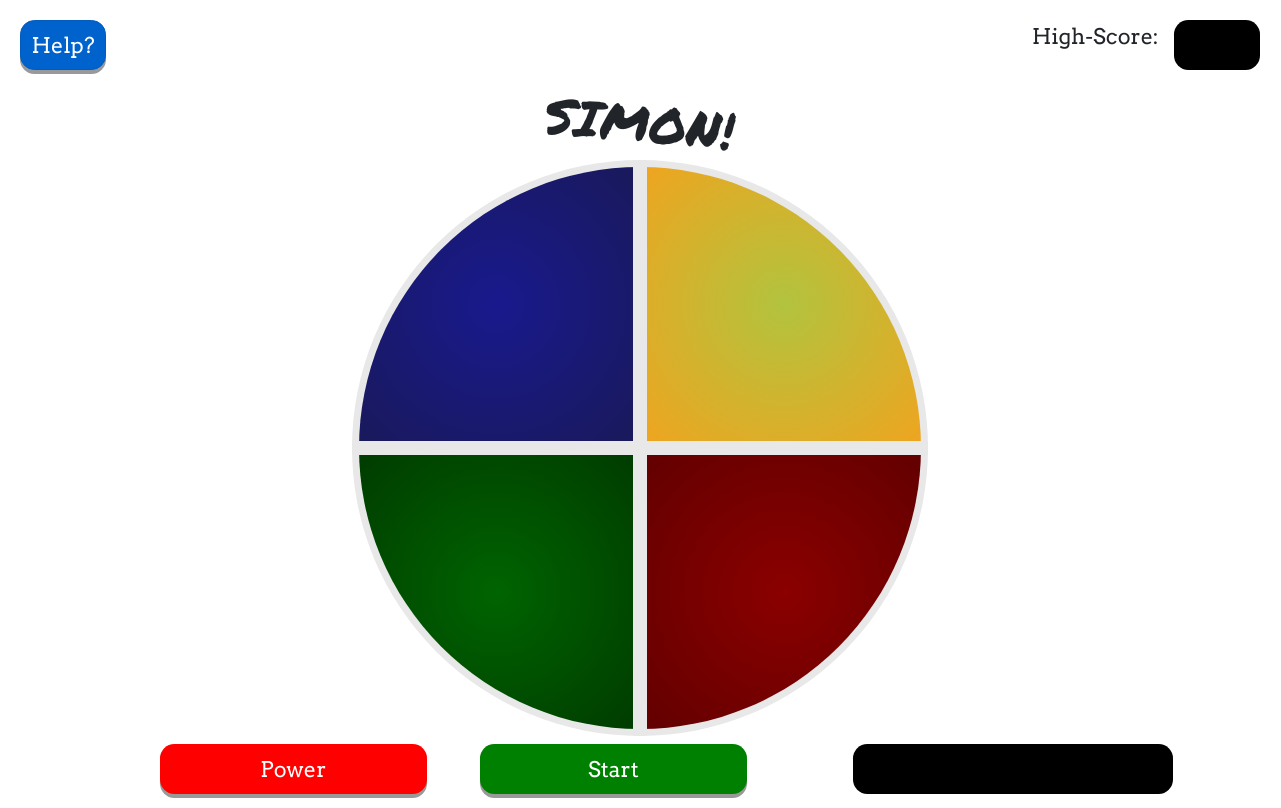
Repository: bandyp/simon
Page: index.html
The author's editor kept a record of every edit. The page is drawn from the files as they stood at one moment, then again after the next edit.
The browser window is 1280 px wide. The page is 1281 px wide, so the pictures cover 1281 px, including what lies to the right of the window. The pictures show the whole page.

Above is the page before.

### index.html
<!DOCTYPE html>
<html lang="en">

<head>
    <meta charset="UTF-8">
    <meta name="viewport" content="width=device-width, initial-scale=1, shrink-to-fit=no">
    <meta http-equiv="X-UA-Compatible" content="ie=edge">
    <link rel="stylesheet" href="https://stackpath.bootstrapcdn.com/bootstrap/4.3.1/css/bootstrap.min.css" integrity="sha384-ggOyR0iXCbMQv3Xipma34MD+dH/1fQ784/j6cY/iJTQUOhcWr7x9JvoRxT2MZw1T" crossorigin="anonymous">
    <title>Simon</title>
    <link rel="stylesheet" href="assets/css/style.css" type="text/css" />
    <link href="https://fonts.googleapis.com/css?family=Permanent+Marker&display=swap" rel="stylesheet">
    <link href='https://fonts.googleapis.com/css?family=Orbitron' rel='stylesheet' type='text/css'>
    <link href="https://fonts.googleapis.com/css?family=Arvo|Source+Sans+Pro&display=swap" rel="stylesheet">

    <audio id="soundGreen">
  	<source src="assets/sounds/simonSound1.mp3"></source>
  </audio>
    <audio id="soundBlue">
  	<source src="assets/sounds/simonSound2.mp3"></source>
  </audio>
    <audio id="soundYellow">
  	<source src="assets/sounds/simonSound3.mp3"></source>
  </audio>
    <audio id="soundRed">
  	<source src="assets/sounds/simonSound4.mp3"></source>
  </audio>
</head>

<body>
    <div class="container-fluid">
        <div class="row">
            <button type="button" class="btn btn-primary btn-lg active" id="helpButton">Help?</button>
            <div class="col float-right" id="highScore">
                High-Score:
            </div>
            <div id="highScoreBox"></div>

            <div class="alert alert-info alert-dismissible fade show" id="helpBox" role="alert">
                <h5>Follow Simon on his quest to count!</h5>
                <p>His buttons will light up as he counts from 1 to 20. Help him on his way by repeating his pattern. It starts off easy, but gets very difficult towards the end.</p>
                <hr>
                <p>Will you get the high score? Press start to find out.</p>
                <button type="button" class="close" data-dismiss="alert" aria-label="Close"><span aria-hidden="true">&times;</span></button>
            </div>
        </div>

        <div class="row">
            <div class="col mt-auto text-center" id="title">
                SIMON!
            </div>
        </div>

        <div class="row row-no-gutter">
            <div class="col-4 offset-2 colorButton blueButton ml-auto" id="blue"></div>
            <div class="col-4 colorButton yellowButton mr-auto" id="yellow"></div>
        </div>
        <div class="row row-no-gutter">
            <div class="col-4 offset-2 colorButton greenButton ml-auto" id="green"></div>
            <div class="col-4 colorButton redButton mr-auto" id="red"></div>
        </div>

        <div class="row mb-1rem">
            <div class="col-6 offset-1 mt-auto" id="buttons">
                <div class="row">
                    <button class="col-5 offset-1 power" id="power">Power</button>
                    <button class="col-5 offset-1" id="start">Start</button>
                </div>
            </div>
            <div class="col-3 mt-auto offset-1" id="count"></div>
        </div>

    </div>
    <script src="https://code.jquery.com/jquery-3.3.1.slim.min.js" integrity="sha384-q8i/X+965DzO0rT7abK41JStQIAqVgRVzpbzo5smXKp4YfRvH+8abtTE1Pi6jizo" crossorigin="anonymous"></script>
    <script src="https://cdnjs.cloudflare.com/ajax/libs/popper.js/1.14.3/umd/popper.min.js" integrity="sha384-ZMP7rVo3mIykV+2+9J3UJ46jBk0WLaUAdn689aCwoqbBJiSnjAK/l8WvCWPIPm49" crossorigin="anonymous"></script>
    <script src="https://stackpath.bootstrapcdn.com/bootstrap/4.1.3/js/bootstrap.min.js" integrity="sha384-ChfqqxuZUCnJSK3+MXmPNIyE6ZbWh2IMqE241rYiqJxyMiZ6OW/JmZQ5stwEULTy" crossorigin="anonymous"></script>
    <script src="assets/js/script.js"></script>
</body>

</html>

### assets/css/style.css
/* top of page */

#helpButton {
    margin-top: 20px;
    margin-left: 20px;
    height: 7vh;
    width: 12vh;
    padding: 0;
    border-radius: 2vh;
    font-family: 'Arvo', serif;
    font-size: 3vh;
    cursor: pointer;
}

#highScore {
    text-align: right;
    margin-top: 20px;
    font-size: 3vh;
    font-family: 'Arvo', serif;
}


#highScoreBox {
    float: right;
    background: black;
    margin-top: 20px;
    margin-right: 20px;
    height: 7vh;
    width: 12vh;
    color: red;
    font-family: 'Orbitron', sans-serif;
    font-size: 4vh;
    text-align: center;
    vertical-align: middle;
    line-height: 7vh;
    border-radius: 2vh;
}

#title {
    font-size: 7vh;
    margin-top: 3vh;
    font-family: 'Permanent Marker', cursive;
    transform: rotate(5deg);
}

/* game colored buttons */

#blue {
    position: relative;
    margin-top: auto;
    height: 40vmin;
    max-width: 40vmin;
    border-radius: 100% 0% 0% 0%;
    border: solid 1vh rgb(232, 232, 232);
    background-image: radial-gradient(circle, rgba(25, 25, 142, 1), rgba(25, 25, 92, 1));
}

#yellow {
    position: relative;
    margin-top: auto;
    height: 40vmin;
    max-width: 40vmin;
    border-radius: 0% 100% 0% 0%;
    border: solid 1vh rgb(232, 232, 232);
    background-image: radial-gradient(circle, rgba(178, 195, 62, 1), rgba(238, 165, 32, 1));
}

#red {
    position: relative;
    margin-bottom: 1vh;
    height: 40vmin;
    max-width: 40vmin;
    border-radius: 0% 0% 100% 0%;
    /*  margin: -40vh 0px 40vh 40vh; */
    border: solid 1vh rgb(232, 232, 232);
    background-image: radial-gradient(circle, rgba(139, 0, 0, 1), rgba(99, 0, 0, 1));
}

#green {
    position: relative;
    margin-bottom: 1vh;
    height: 40vmin;
    max-width: 40vmin;
    border-radius: 0% 0% 0% 100%;
    border: solid 1vh rgb(232, 232, 232);
    background-image: radial-gradient(circle, rgba(0, 100, 0, 1), rgba(0, 60, 0, 1));
}

.colorButton {
    cursor: pointer;
}

.bright {
    filter: brightness(150%);
}

/* bottom of page buttons */

#buttons {
    position: relative;
    z-index: 2;
    display: inline;
    font-size: 3vh;
    font-family: 'Arvo', serif;
}


button {
    display: inline-block;
    cursor: pointer;
    text-align: center;
    text-decoration: none;
    outline: none;
    color: #fff;
    background-color: #4CAF50;
    border: none;
    border-radius: 15px;
    box-shadow: 0 4px #999;
    margin-bottom: 2vh;
}

button:hover {
    background-color: #3e8e41
}

button:active {
    background-color: #3e8e41;
    box-shadow: 0 1px #666;
    transform: translateY(4px);
}

#count {
    background: black;
    display: inline-block;
    height: 7vh;
    width: 14vh;
    color: red;
    font-family: 'Orbitron', sans-serif;
    font-size: 3vh;
    text-align: center;
    vertical-align: middle;
    line-height: 7vh;
    border-radius: 2vh;
    margin-bottom: 2vh;
}

#power {
    color: white;
    background-color: red;
    border-radius: 2vh;
    width: 10vh;
    height: 7vh;
    padding: 0;
}

#start {
    color: white;
    background-color: green;
    border-radius: 2vh;
    width: 10vh;
    height: 7vh;
    padding: 0;
}

### assets/js/script.js
$(document).ready(function() {

    let sequence = [];
    let userSequence = [];
    let success;
    let turn;
    let cpuTurn;
    let playerTurn;
    let bright;
    let playSequence;
    let win;
    let highScore = 0;

    function checkHighScore() {
        if (highScore < bright) {
            highScore = bright;
            $("#highScoreBox").html(highScore - 1);
        }
    }

    // Help Alert box

    $("#helpBox").hide();
    $("#helpButton").mouseover(function() {
        $("#helpBox").show();
        $("#helpButton").mouseleave(function() {
            $("#helpBox").hide();
        });
    });

    // power on/off

    document.getElementById("power").onclick = function() { powerButton() };

    function powerButton() {
        var x = document.getElementById("power").classList.contains("change");
        if (x == false) {
            $('#power').addClass("change");
            powerOn();
        }
        else {
            $('#power').removeClass("change");
            powerOff();
        }
    }

    function powerOn() {
        playerTurn = true;
        cpuTurn = true;
        success = false;
        playerTurn = false;
        /*       sequence = [];
               userSequence = [];*/
        $("#count").html('--');
        document.getElementById("start").disabled = false;
    }

    $("#start").on("click", function() {
        $("#count").html('1');
        if (playerTurn || cpuTurn || success) {
            play();
        }
    });


    function powerOff() {
        playerTurn = false;
        cpuTurn = false;
        sequence = [];
        userSequence = [];
        $('.colorButton').removeClass('bright'),
            $("#count").html('');
        clearInterval(playSequence);
        document.getElementById("start").disabled = true;
    }

    // start play function by creating sequence of 20 from start button (from memory game, code insitute, wwschools)

    function play() {
        playSequence = 0;
        sequence = [];
        userSequence = [];
        bright = 0;
        turn = 1;
        success = true;
        win = false;
        $("#count").html('1');
        for (var i = 0; i < 20; i++) {
            sequence.push(Math.floor(Math.random() * 4) + 1);
        }

        cpuTurn = true;
        playSequence = setInterval(makeBright, 1000);
    }

    // function which allows cpu to select color and sound

    function makeBright() {
        playerTurn = false;
        if (bright == turn) {
            clearInterval(playSequence);
            cpuTurn = false;
            playerTurn = true;
        }

        if (cpuTurn) {
            document.getElementById("start").disabled = true;
            $('.colorButton').removeClass('bright');
            setTimeout(function() {
                if (sequence[bright] == 1) {
                    $('#soundGreen')[0].play();
                    $('#green').addClass('bright'),
                        setTimeout(function() {
                            $('#green').removeClass('bright');
                        }, 1500);
                }
                if (sequence[bright] == 2) {
                    $('#soundBlue')[0].play();
                    $('#blue').addClass('bright'),
                        setTimeout(function() {
                            $('#blue').removeClass('bright');
                        }, 1500);
                }
                if (sequence[bright] == 3) {
                    $('#soundYellow')[0].play();
                    $('#yellow').addClass('bright'),
                        setTimeout(function() {
                            $('#yellow').removeClass('bright');
                        }, 1500);
                }
                if (sequence[bright] == 4) {
                    $('#soundRed')[0].play();
                    $('#red').addClass('bright'),
                        setTimeout(function() {
                            $('#red').removeClass('bright');
                        }, 1500);
                }
                bright++;
            }, 200);
        }
    }

    // user clicking lights (from code insitute module)

    $("#green").on("mousedown touchstart", function(e) {
        e.preventDefault();
        if (playerTurn) {
            $(this).addClass('bright'); // changes to light green
            $('#soundGreen')[0].play();
            userSequence.push(1);
            $("#green").on("mouseup touchend", function(e) {
                e.preventDefault();
                $(this).removeClass('bright'); //changes back
                compareArrays();

            });
        }
    });

    $("#blue").on("mousedown touchstart", function(e) {
        e.preventDefault();
        if (playerTurn) {
            userSequence.push(2);
            $('#soundBlue')[0].play();
            $(this).addClass('bright'); // changes to light blue
            $("#blue").on("mouseup touchend", function(e) {
                e.preventDefault();
                $(this).removeClass('bright'); //changes
                compareArrays();
            });
        }
    });

    $("#yellow").on("mousedown touchstart", function(e) {
        e.preventDefault();
        if (playerTurn) {
            userSequence.push(3);
            $('#soundYellow')[0].play();

            $(this).addClass('bright'); // changes to light yellow
            $("#yellow").on("mouseup touchend", function(e) {
                e.preventDefault();
                $(this).removeClass('bright'); //changes back
                compareArrays();
            });
        }
    });

    $("#red").on("mousedown touchstart", function(e) {
        e.preventDefault();
        if (playerTurn) {
            userSequence.push(4);
            $('#soundRed')[0].play();

            $(this).addClass('bright'); // changes to light red
            $("#red").on("mouseup touchend", function(e) {
                e.preventDefault();
                $(this).removeClass('bright'); //changes back
                compareArrays();
            });
        }
    });

    // checks that user has clicked the correct color in the sequence


    function compareArrays() {

        if (userSequence[userSequence.length - 1] !== sequence[userSequence.length - 1]) success = false;
        if (userSequence.length == 20 && success == true) {
            checkHighScore();
            winner();
        }
        if (success == false) {
            checkHighScore();
            sequence = [];
            end();
        }

        if (turn == userSequence.length && success && !win) {
            turn++;
            userSequence = [];
            cpuTurn = true;
            bright = 0;
            $("#count").html(turn);
            playSequence = setInterval(makeBright, 1000);
        }

    }

    // wine, lose, high score and restart functiond

    function end() {

        $(".colorButton").addClass('bright');
        $("#count").html('LOSE');
        playerTurn = false;
        win = false;
        setTimeout(restart, 3000);
    }

    function restart() {
        powerOn();
        sequence = [];
        $("#count").html('--');
        playerTurn = false;
        $(".colorButton").removeClass('bright');
    }

    function winner() {
        $(".colorButton").addClass('bright');
        $("#count").html('WIN!');
        checkHighScore();
        win = true;
        setTimeout(restart, 3000);
    }




});

After the next edit:
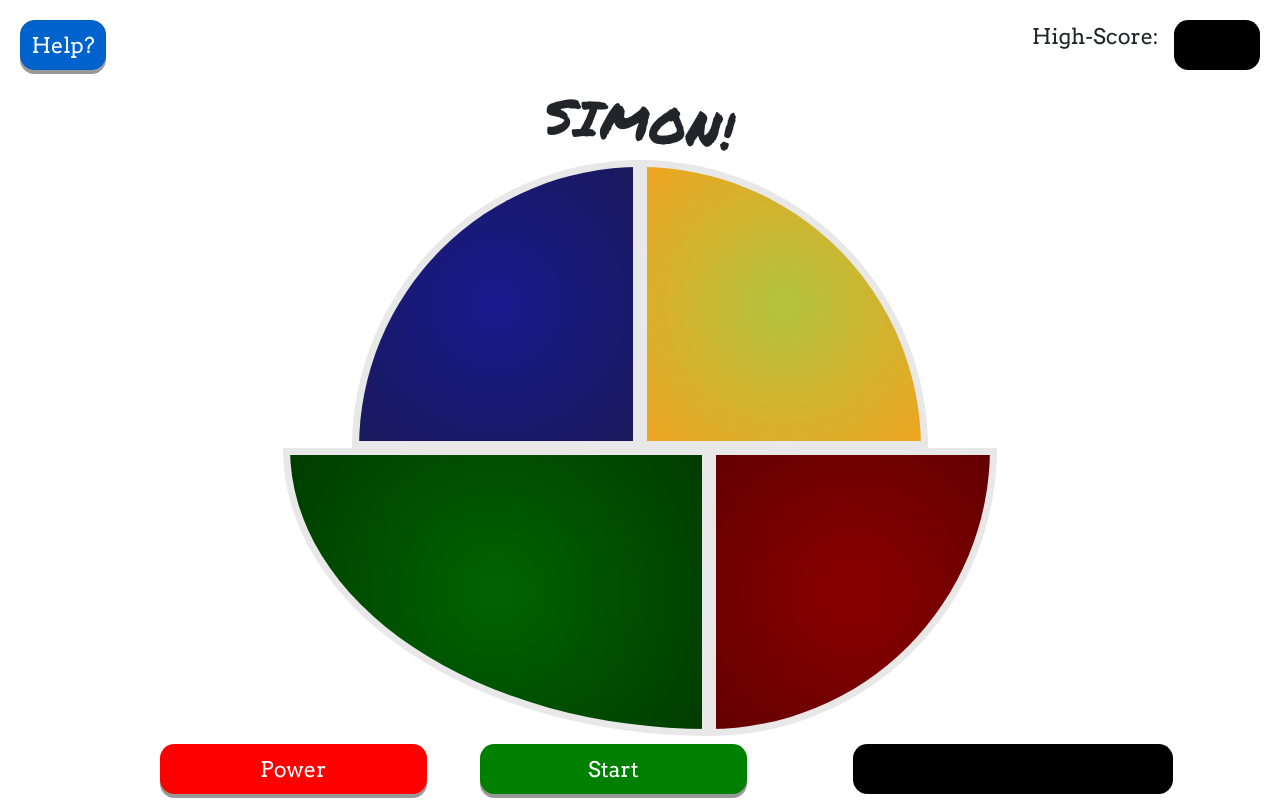
The edit:
--- a/assets/css/style.css
+++ b/assets/css/style.css
@@ -79,8 +79,7 @@
 #green {
     position: relative;
     margin-bottom: 1vh;
-    height: 40vmin;
-    max-width: 40vmin;
+
     border-radius: 0% 0% 0% 100%;
     border: solid 1vh rgb(232, 232, 232);
     background-image: radial-gradient(circle, rgba(0, 100, 0, 1), rgba(0, 60, 0, 1));

After the edit that followed:
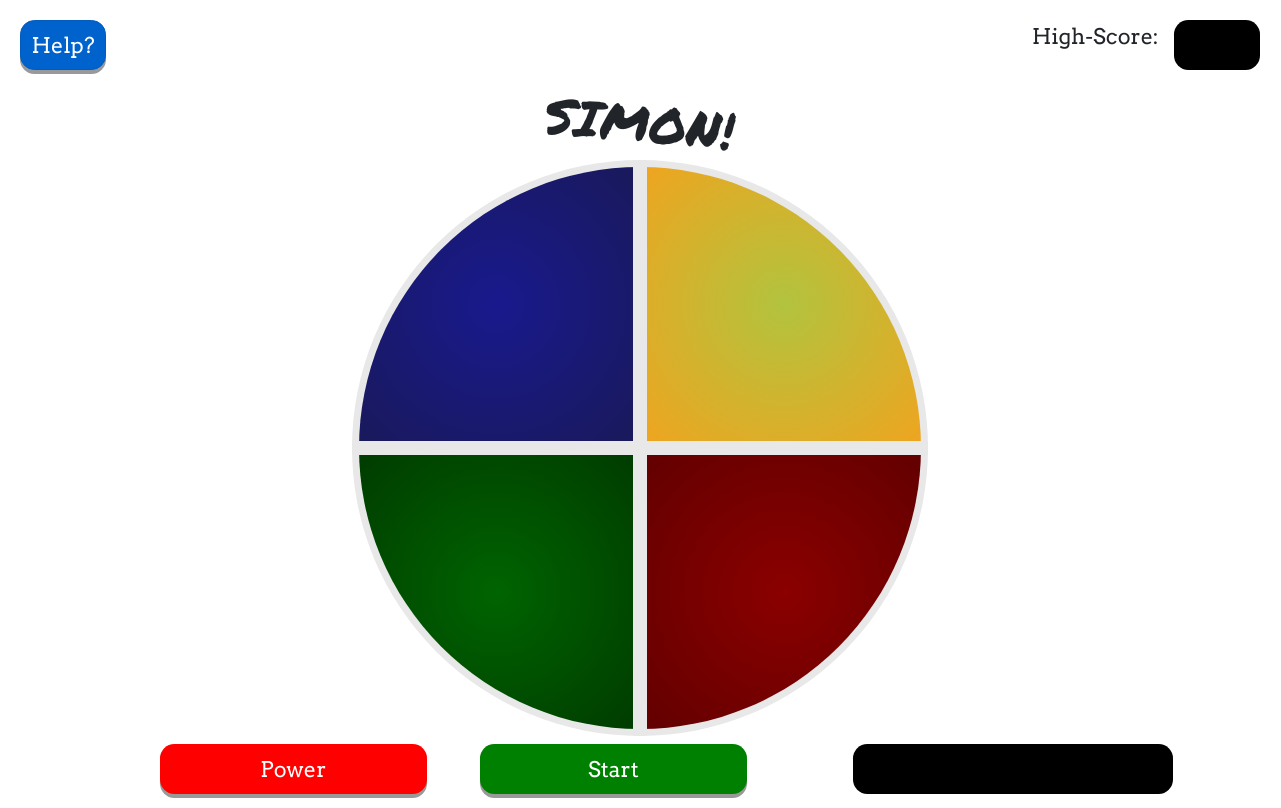
The edit:
--- a/assets/css/style.css
+++ b/assets/css/style.css
@@ -86,6 +86,8 @@
 }
 
 .colorButton {
+    height: 40vmin;
+    max-width: 40vmin;
     cursor: pointer;
 }
 
